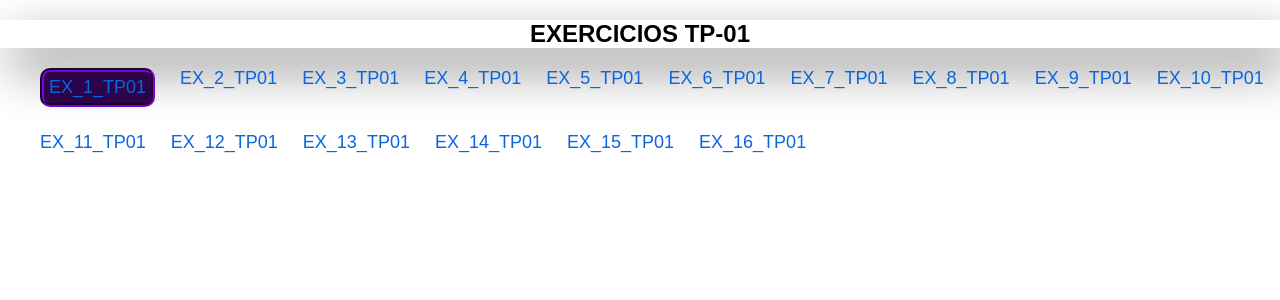
Repository: Elianmrey/TP1-Mobile-First
Page: index.html
These files come from the project's save history. The page is drawn as it stood at one moment and after the next save; the edit follows.
The browser window is 1280 px wide. The pictures show the whole page.
The pointer rests on the first visible `.element`.

Above is the page before, as saved 2024-08-05 00:15:26.

### index.html
<!DOCTYPE html>
<html lang="en">
<head>
  <link href="style.css" rel="stylesheet" type="text/css" />
  <meta charset="UTF-8">
  <meta name="viewport" content="width=device-width, initial-scale=1.0">
  <title>Document</title>
</head>
<body>
<div class="titulo">
  <h2 class="home-titulo">EXERCICIOS TP-01</h2>
</div>
  <div class="container">
<ul class="menu">
  <li class="element"><a href="EXERCISES/EX_1/index.html" class="home-link">EX_1_TP01</a></li>
  <li class="element"><a href="EXERCISES/EX_2/index.html" class="home-link">EX_2_TP01</a></li>
  <li class="element"><a href="EXERCISES/EX_3/index.html" class="home-link">EX_3_TP01</a></li>
  <li class="element"><a href="EXERCISES/EX_4/index.html" class="home-link">EX_4_TP01</a></li>
  <li class="element"><a href="EXERCISES/EX_5/index.html" class="home-link">EX_5_TP01</a></li>
  <li class="element"><a href="EXERCISES/EX_6/index.html" class="home-link">EX_6_TP01</a></li>
  <li class="element"><a href="EXERCISES/EX_7/index.html" class="home-link">EX_7_TP01</a></li>
  <li class="element"><a href="EXERCISES/EX_8/index.html" class="home-link">EX_8_TP01</a></li>
  <li class="element"><a href="EXERCISES/EX_9/index.html" class="home-link">EX_9_TP01</a></li>
  <li class="element"><a href="EXERCISES/EX_10/index.html" class="home-link">EX_10_TP01</a></li>
  <li class="element"><a href="EXERCISES/EX_11/index.html" class="home-link">EX_11_TP01</a></li>
  <li class="element"><a href="EXERCISES/EX_12/index.html" class="home-link">EX_12_TP01</a></li>
  <li class="element"><a href="EXERCISES/EX_13/index.html" class="home-link">EX_13_TP01</a></li>
  <li class="element"><a href="EXERCISES/EX_14/index.html" class="home-link">EX_14_TP01</a></li>
  <li class="element"><a href="EXERCISES/EX_15/index.html" class="home-link">EX_15_TP01</a></li>
  <li class="element"><a href="EXERCISES/EX_16/index.html" class="home-link">EX_16_TP01</a></li>

  </div>





</body>
</html>

### style.css
body
{
  margin: 0;
  padding: 0;
  font-family: sans-serif;
}

.titulo
{
  text-align: center;
 }
 .home-titulo{
  display: block;
  box-shadow:  10px 20px 50px  gray;
 }
.menu
{
  list-style: none;
  display: flex;
  flex-wrap: wrap;
  gap: 25px;
}
.element:hover
{
background-color: rgb(45, 3, 73);
border: groove 4px indigo;
padding: 5px;
border-radius: 10px;

transition: all 0.2s;
}

.home-link{
  color: rgb(8, 102, 224);
  text-decoration: none;
  font-size: large;
}
.home-link:hover
{
color:white;
}

After the next save:
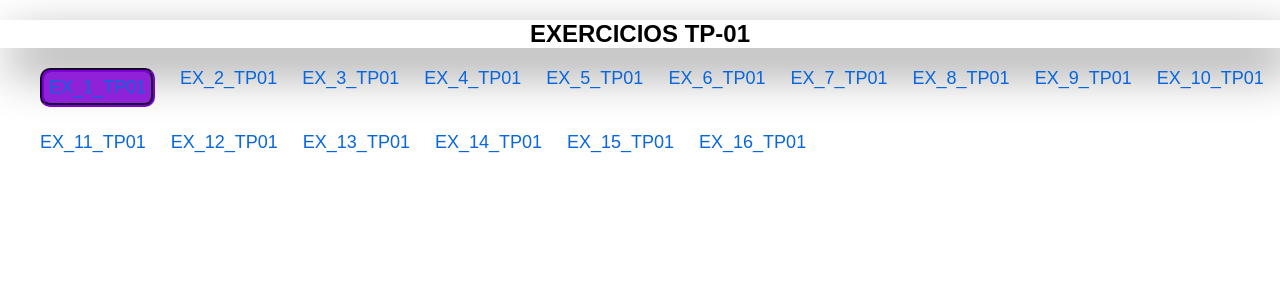
Saved 34 s later.
--- a/style.css
+++ b/style.css
@@ -22,7 +22,7 @@ body
 }
 .element:hover
 {
-background-color: rgb(45, 3, 73);
+background-color: rgb(143, 34, 216);
 border: groove 4px indigo;
 padding: 5px;
 border-radius: 10px;
